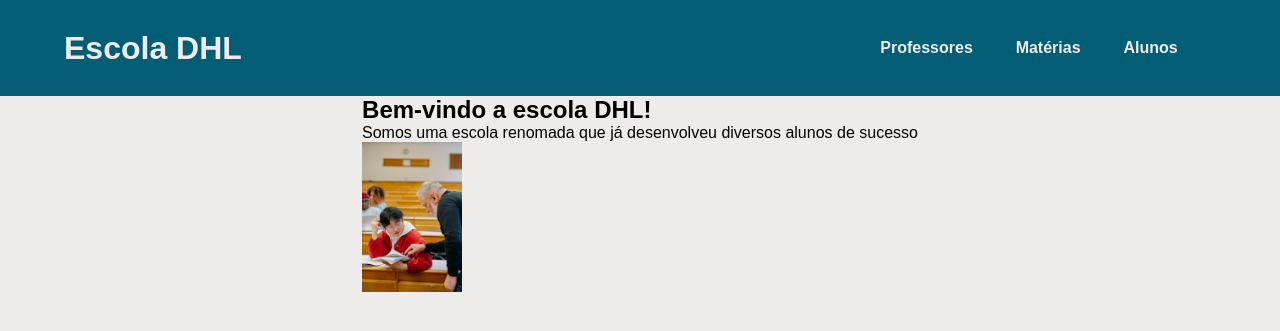
Repository: SirHick/sa-sistema-escola-DHL
Page: front/index.html
An editor plug-in stored every save of this project. The page is shown before and after the next save, followed by the edit.
The browser window is 1280 px wide. The pictures show the whole page.

Above is the page before, as saved 2026-07-17 15:32:58.

After the next save:
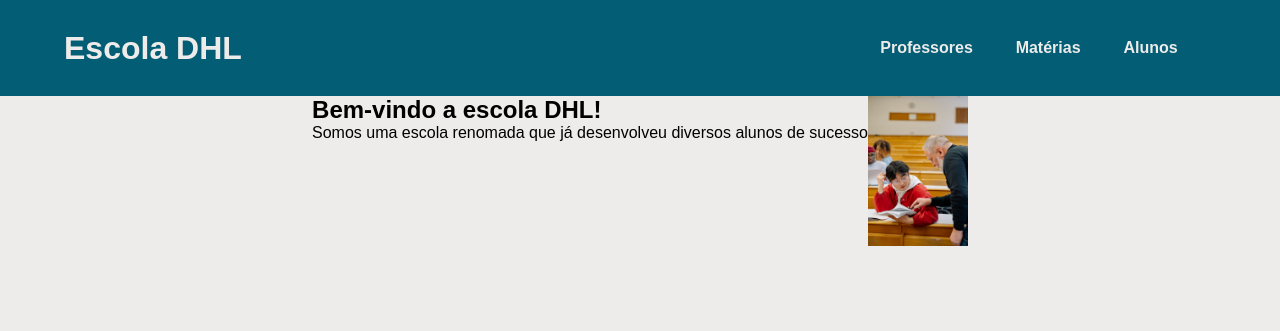
Saved 12 s later.
--- a/front/style.css
+++ b/front/style.css
@@ -44,5 +44,5 @@ header nav a{
 
 .hero-section{
     justify-self: center;
-    display: ;
+    display: flex;
 }
